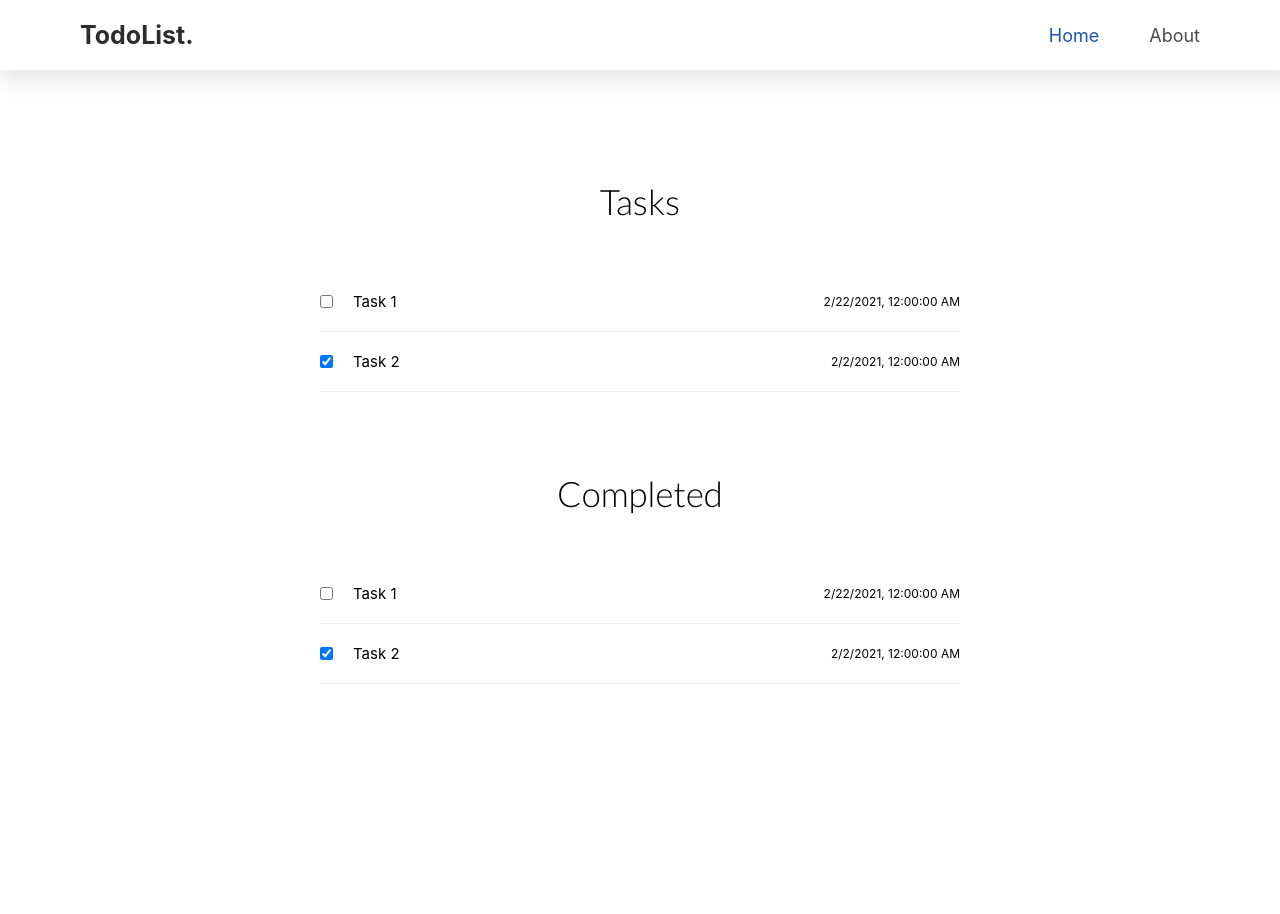
Repository: dqhuy153/react-todoList
Page: /
An editor plug-in stored every save of this project. The page is shown before and after the next save, followed by the edit.
The browser window is 1280 px wide. The pictures show the whole page.
The project was rebuilt for these pictures with package versions that can differ from the ones it lists, and the page was loaded fresh each time. Also part of the build but not shown: src/components/UI/LoadingSpinner.module.scss.

Above is the page before, as saved 2021-09-16 20:55:30.

### src/App.js
import React, { Suspense } from 'react';
import { Switch, Route } from 'react-router-dom';

import './App.css';
import Layout from './components/layout/Layout';
import LoadingSpinner from './components/UI/LoadingSpinner';

const Home = React.lazy(() => import('./components/pages/Home'));
const About = React.lazy(() => import('./components/pages/About'));

function App() {
  return (
    <Layout>
      <Suspense
        fallback={
          <div className="centered">
            <LoadingSpinner />
          </div>
        }
      >
        <Switch>
          <Route path="/" exact>
            <Home />
          </Route>
          <Route path="/about">
            <About />
          </Route>
          {/* <Route path="/products" exact>
          <Products />
        </Route>
        <Route path="/products/:productId">
          <ProductDetail />
        </Route> */}
        </Switch>
      </Suspense>
    </Layout>
  );
}

export default App;

### src/App.css
@import url('https://fonts.googleapis.com/css2?family=Lato:ital,wght@0,100;0,300;0,400;0,700;0,900;1,100;1,300;1,400;1,700;1,900&display=swap');

* {
  box-sizing: border-box;
  font-size: 62.5%;
  padding: 0;
  margin: 0;
}

.centered {
  margin: 3rem auto;
  text-align: center;
  display: flex;
  justify-content: center;
  align-items: center;
}

### src/components/layout/Layout.js
import React, { Fragment } from 'react';
import AppNavigation from './AppNavigation';

import styles from './Layout.module.scss';

export default function Layout(props) {
  return (
    <Fragment>
      <AppNavigation logoTitle="TodoList." />
      <main className={styles.main}>{props.children}</main>
    </Fragment>
  );
}

### src/components/UI/LoadingSpinner.js
import styles from './LoadingSpinner.module.scss';

const LoadingSpinner = () => {
  return <div className={styles.spinner}></div>;
};

export default LoadingSpinner;

### src/components/pages/Home.js
import TodoList from '../todos/TodoList';

import styles from './Home.module.scss';

const todoList = [
  {
    id: 1,
    title: 'Task 1',
    date: new Date('2/22/2021'),
    completed: false,
  },
  {
    id: 2,
    title: 'Task 2',
    date: new Date('2/2/2021'),
    completed: true,
  },
];

export default function Home(props) {
  const handleStatusChange = (id) => {
    const todoIndex = todoList.findIndex((i) => i.id === id);
    todoList[todoIndex].status = !todoList[todoIndex].status;
  };

  return (
    <div className={styles.container}>
      <h1>Tasks</h1>
      <TodoList items={todoList} onStatusChange={handleStatusChange} />
      <h1 className={styles['completed-title']}>Completed</h1>
      <TodoList items={todoList} onStatusChange={handleStatusChange} />
    </div>
  );
}

### src/components/layout/AppNavigation.js
import React from 'react';
import { NavLink } from 'react-router-dom';

import styles from './AppNavigation.module.scss';

export default function AppNavigation({ logoTitle = 'Demo.', ...props }) {
  return (
    <header className={styles.header}>
      <div className={styles.logo}>{logoTitle}</div>
      <nav>
        <ul>
          <li>
            <NavLink to="/" exact activeClassName={styles.active}>
              Home
            </NavLink>
          </li>
          <li>
            <NavLink to="/about" activeClassName={styles.active}>
              About
            </NavLink>
          </li>
        </ul>
      </nav>
    </header>
  );
}

### src/components/todos/TodoList.js
import React from 'react';
import TodoItem from './TodoItem';

import styles from './TodoList.module.scss';

export default function TodoList({ items, onStatusChange, ...props }) {
  return (
    <ul className={styles.container}>
      {items.map((item) => (
        <li key={item.id}>
          <TodoItem
            id={item.id}
            title={item.title}
            date={item.date}
            status={item.completed}
            onStatusChange={onStatusChange}
          />
        </li>
      ))}
    </ul>
  );
}

### src/components/pages/Home.module.scss
.container {
  padding: 18rem 0;

  h1 {
    text-align: center;
    font-family: 'Lato', sans-serif;
    font-weight: 300;
    font-size: 3.5rem;
  }

  .completed-title {
    margin-top: 8rem;
  }
}

### src/components/layout/AppNavigation.module.scss
.header {
  width: 100%;
  height: 7rem;
  display: flex;
  align-items: center;
  justify-content: space-between;
  background-color: #ffffff;
  padding: 0 8rem;
  box-shadow: 5px 5px 20px 5px rgba(0, 0, 0, 0.1);
  position: fixed;
}

.logo {
  font-size: 2.5rem;
  color: rgb(44, 44, 44);
  font-weight: bold;
}

.header ul {
  list-style: none;
  margin: 0;
  padding: 0;
  display: flex;
  align-items: baseline;
}

.header li {
  margin-left: 5rem;
}

.header a {
  text-decoration: none;
  font-size: 1.8rem;
  color: #4b4b4b;
}

.header a:hover,
.header a:active,
.header a.active {
  color: rgb(28, 83, 184);
}

### src/components/todos/TodoItem.js
import React, { useState } from 'react';

import styles from './TodoItem.module.scss';

export default function TodoItem({
  id,
  title,
  date,
  status,
  onStatusChange,
  ...props
}) {
  const [checked, setChecked] = useState(status);

  const handleChange = (e) => {
    setChecked(e.target.checked);
    onStatusChange(id);
  };

  return (
    <div className={styles.container}>
      <div className={styles.task}>
        <input type="checkbox" checked={checked} onChange={handleChange} />
        <p>{title}</p>
      </div>
      <p className={styles.date}>{date.toLocaleString()}</p>
    </div>
  );
}

### src/components/todos/TodoList.module.scss
.container {
  text-align: center;
  width: 50%;
  margin: 5rem auto;
  list-style: none;
}

### src/components/todos/TodoItem.module.scss
.container {
  display: flex;
  align-items: center;
  justify-content: space-between;
  padding: 2rem 0;
  border-bottom: 1px solid #eee;
}

.task {
  display: flex;
  align-items: center;

  p {
    padding-left: 2rem;
    font-size: 1.5rem;
  }
}

.date {
  font-size: 1.2rem;
}

Loaded but not shown: public/index.html (common file); src/index.js (common file); src/index.css (common file); src/reportWebVitals.js (common file); src/components/layout/Layout.module.scss (no stored copy; drawn as an empty file)

After the next save:
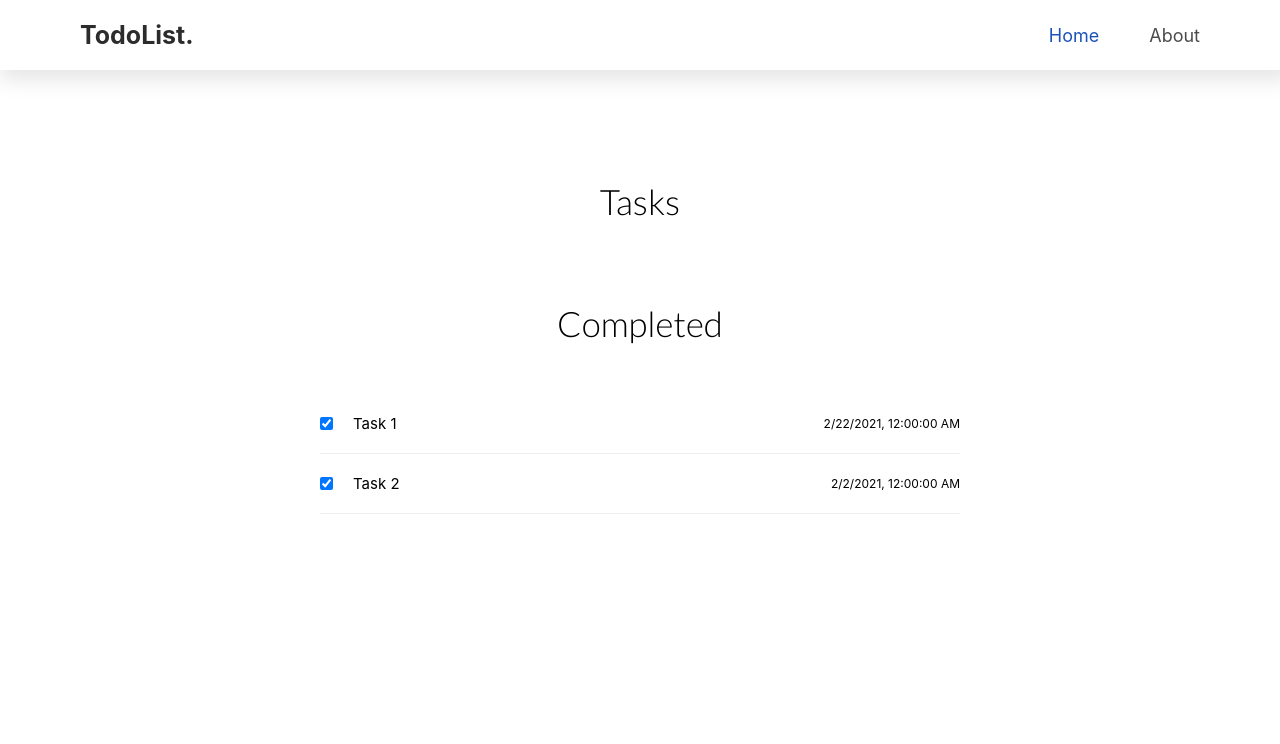
Saved 53 s later.
--- a/src/components/pages/Home.js
+++ b/src/components/pages/Home.js
@@ -26,9 +26,15 @@ export default function Home(props) {
   return (
     <div className={styles.container}>
       <h1>Tasks</h1>
-      <TodoList items={todoList} onStatusChange={handleStatusChange} />
+      <TodoList
+        items={todoList.filter((i) => (i.completed = false))}
+        onStatusChange={handleStatusChange}
+      />
       <h1 className={styles['completed-title']}>Completed</h1>
-      <TodoList items={todoList} onStatusChange={handleStatusChange} />
+      <TodoList
+        items={todoList.filter((i) => (i.completed = true))}
+        onStatusChange={handleStatusChange}
+      />
     </div>
   );
 }
